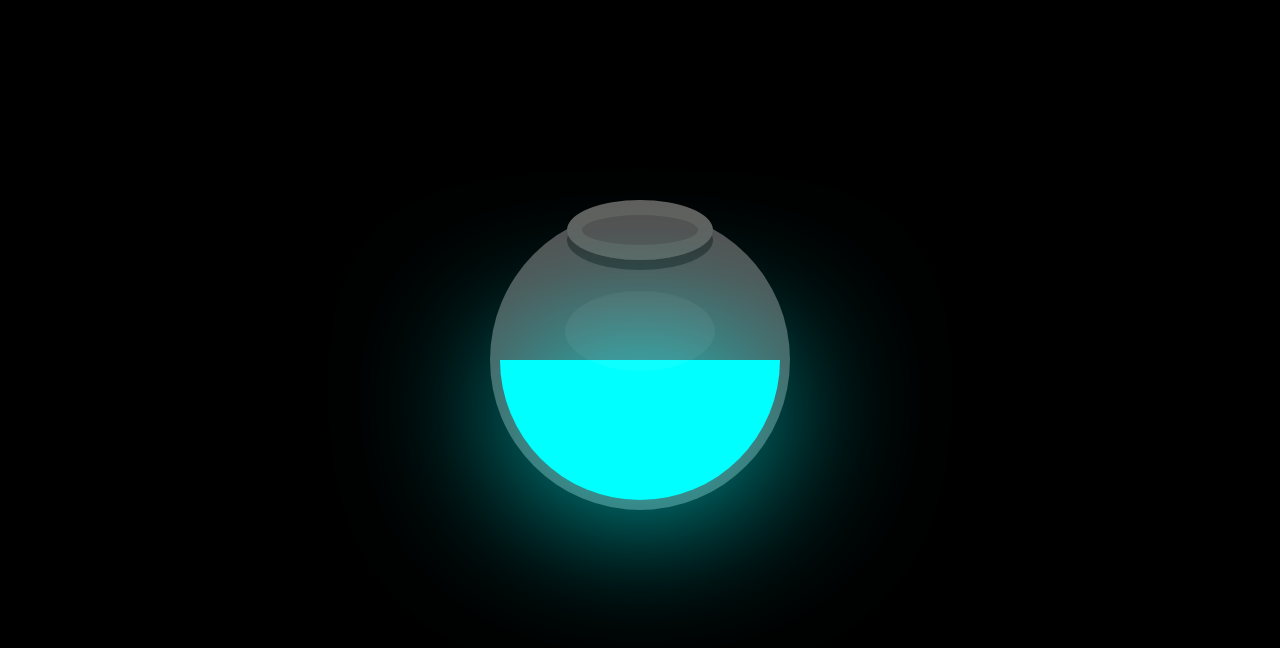
Repository: zjria/Colorful-Glowing-Liquid-Bowl-Animation-Effects
Page: index.html
These files come from the project's save history. The page is drawn as it stood at one moment and after the next save; the edit follows.
The browser window is 1280 px wide. The pictures show the whole page.

Above is the page before, as saved 2022-04-15 17:59:54.

After the next save:
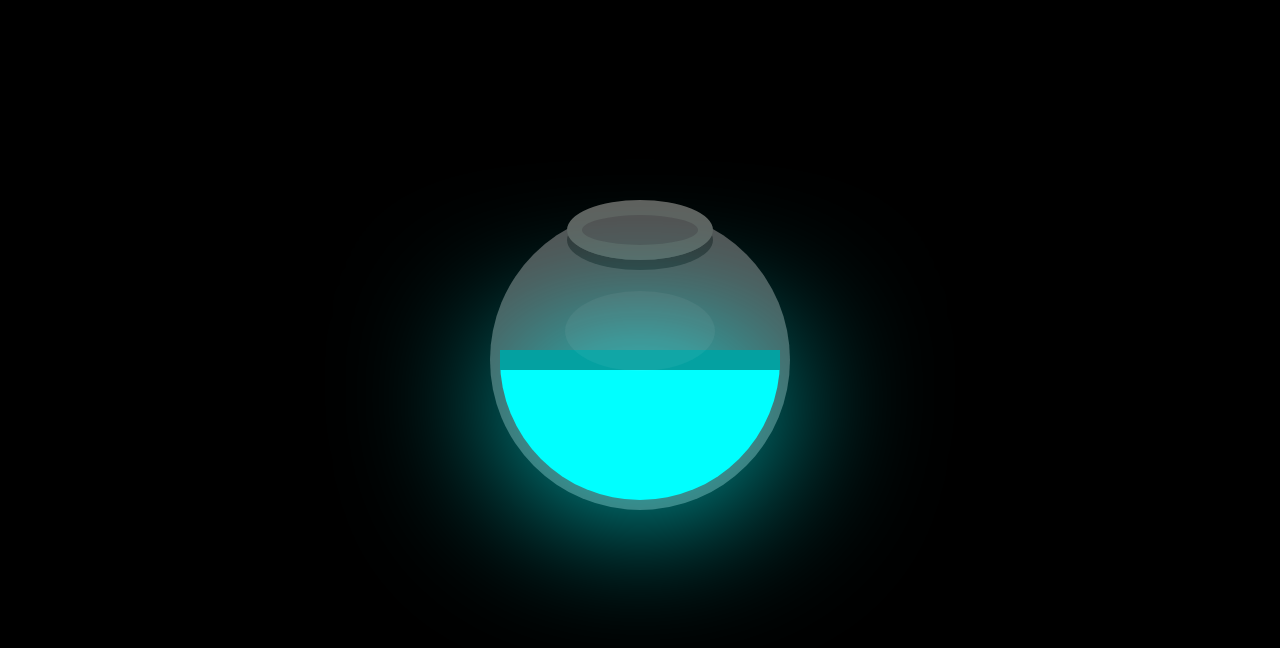
Saved 54 s later.
--- a/style.css
+++ b/style.css
@@ -59,5 +59,5 @@ section{
     top: -10px;
     width: 100%;
     height: 20px;
-
+    background: rgb(4, 161, 161);
 }
